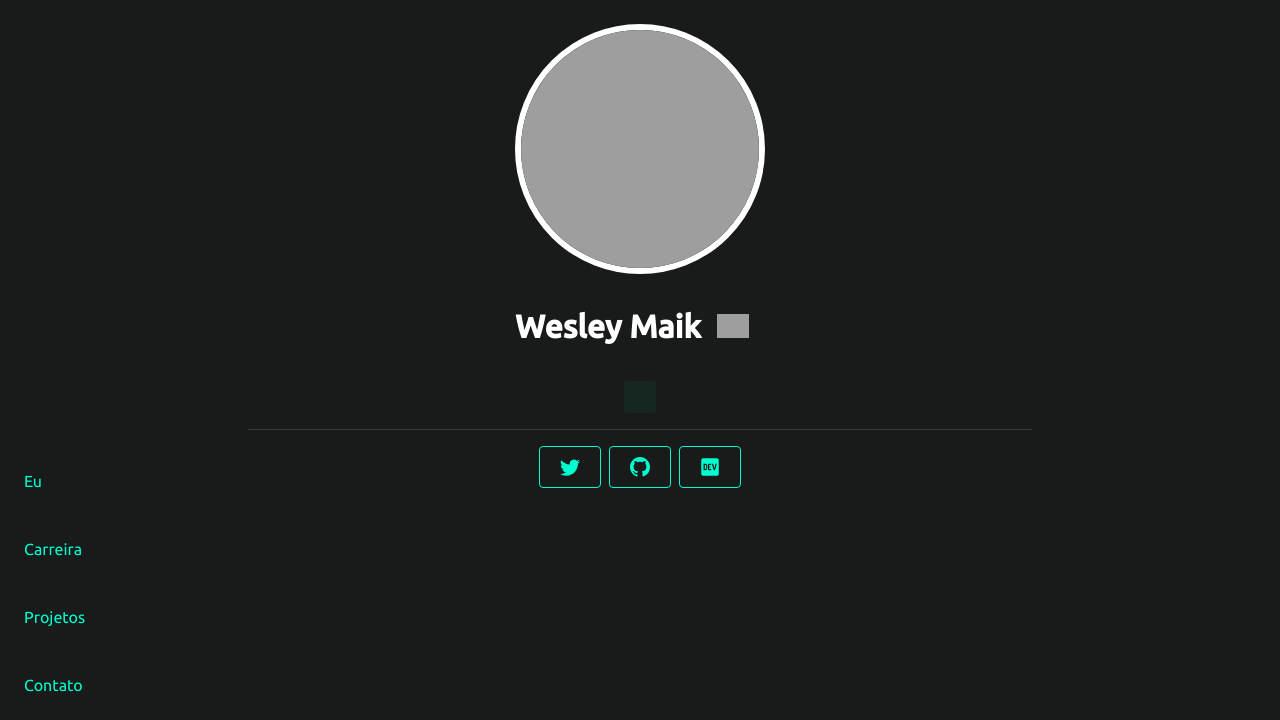
Repository: WesleyMaik/wesleymaik.github.io
Page: /
These files come from the project's save history. The page is drawn as it stood at one moment and after the next save; the edit follows.
The browser window is 1280 px wide. The pictures show the whole page.
Pictures or frames that could not be fetched are drawn as grey boxes. The page's requests for data from a server got no answer. The project was rebuilt for these pictures with package versions that can differ from the ones it lists, and the page was loaded fresh each time. No one was signed in, and anything a server would have sent is missing. Also part of the build but not shown: vite.config.ts.

Above is the page before, as saved 2022-08-08 12:35:48.

After the next save:
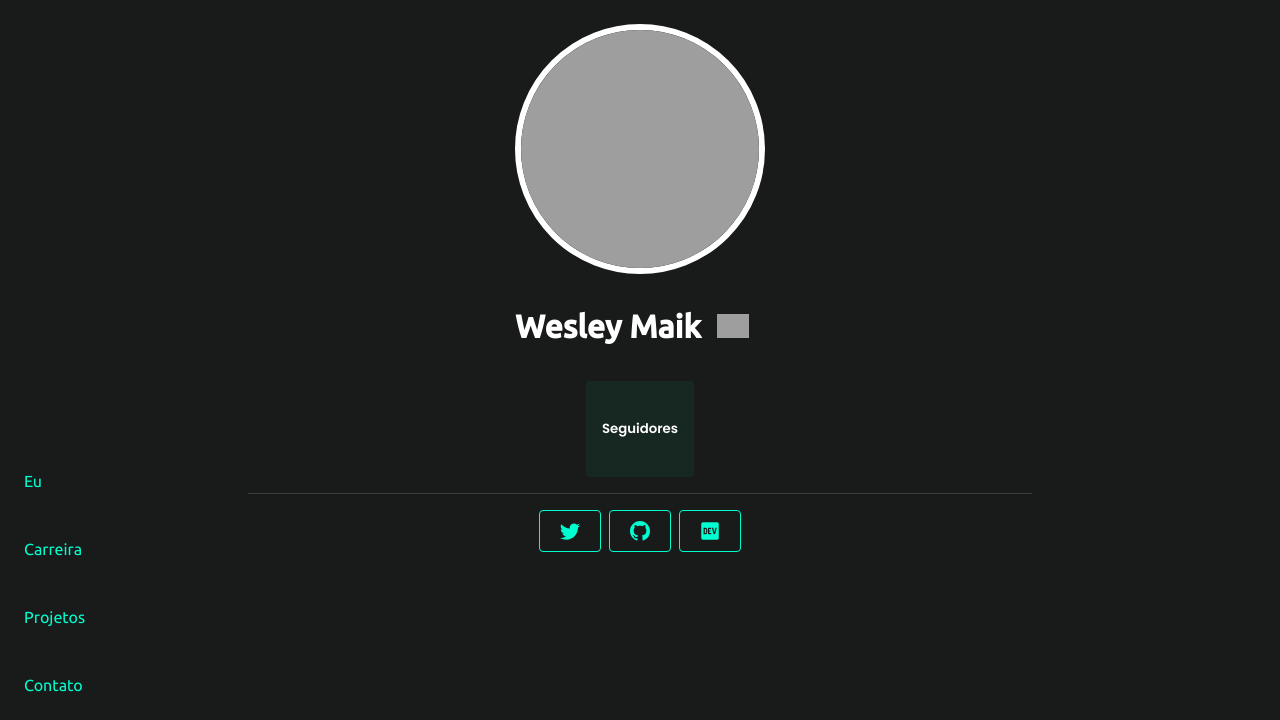
Saved 47 s later.
--- a/src/components/template/github.tsx
+++ b/src/components/template/github.tsx
@@ -78,7 +78,8 @@
     return(
         <Container>
             <div className="card">
-                { data?.followers }
+                <h2 className="text">{ data?.followers }</h2>
+                <h5 className="title">Seguidores</h5>
             </div>
         </Container>
     )
